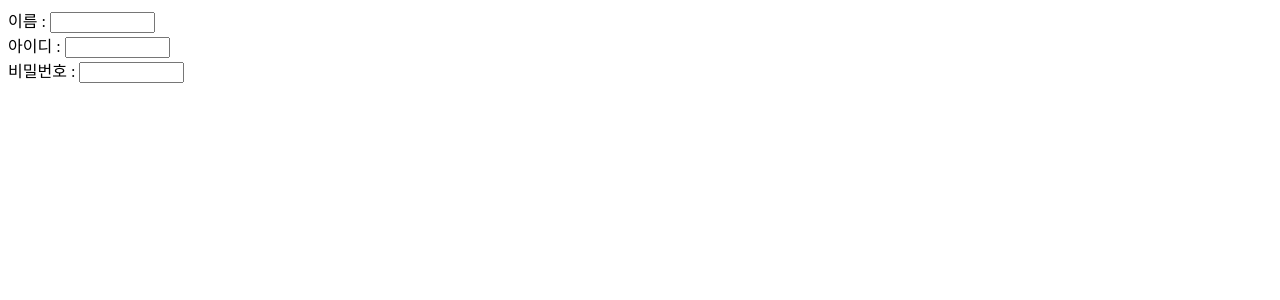
Repository: yoojinhee/JSP_study
Page: http://localhost/Test_JSP/form.jsp
These files come from the project's save history. The page is drawn as it stood at one moment and after the next save; the edit follows.
The browser window is 1280 px wide. The pictures show the whole page.
The page is served by Tomcat 9.

Above is the page before, as saved 2020-05-12 06:18:13.

After the next save:
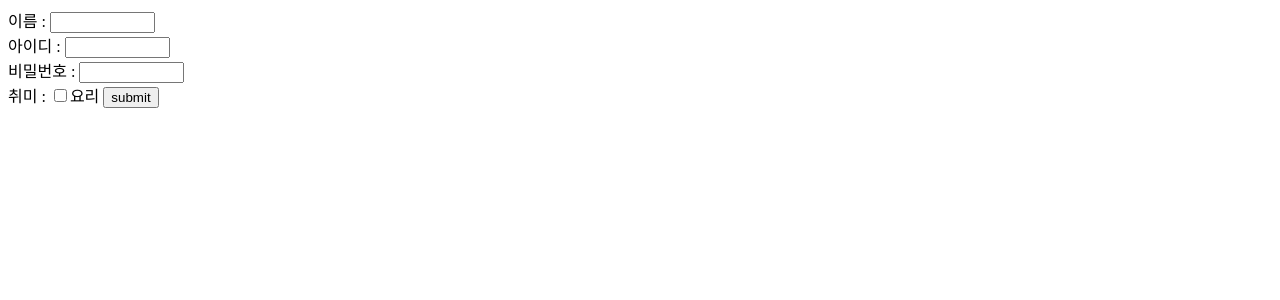
Saved 63 s later.
--- a/Project/Test_JSP/WebContent/form.jsp
+++ b/Project/Test_JSP/WebContent/form.jsp
@@ -12,6 +12,8 @@
 이름 : <input type="text" name="name" size=10><br>
 아이디 : <input type="text" name="id" size=10><br>
 비밀번호 : <input type="password" name="password" size=10><br>
+취미 : <input type="checkbox" name="hobby" value="cook">요리
+<input type="submit" value="submit">
 </form>
 
 </body>
